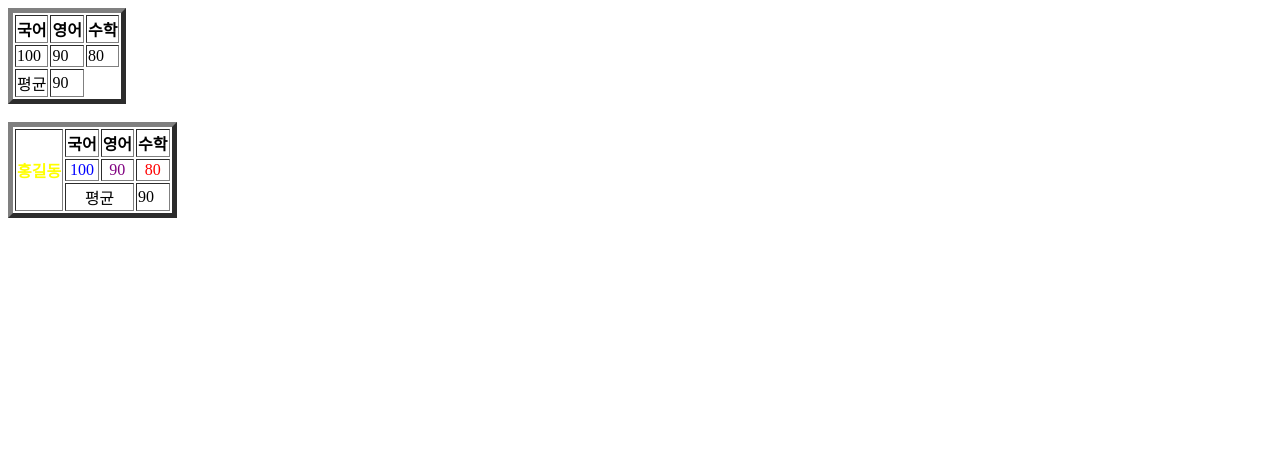
Repository: tjdwlsaos22/TJ_JSP
Page: jsp/HTML/src/main/webapp/Lec04.html
These files come from the project's save history. The page is drawn as it stood at one moment and after the next save; the edit follows.
The browser window is 1280 px wide. The pictures show the whole page.

Above is the page before, as saved 2024-01-17 03:18:50.

After the next save:
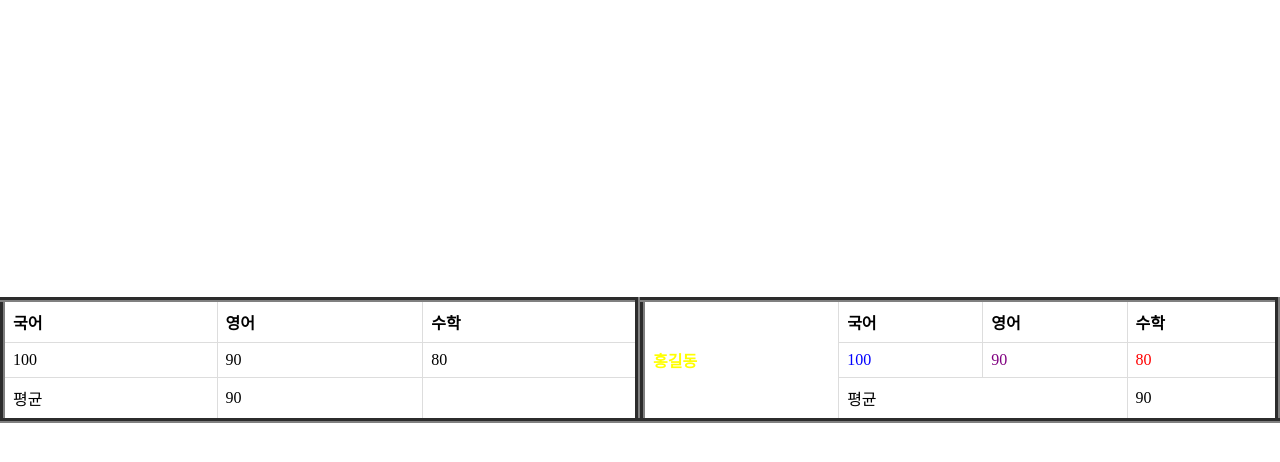
Saved 43 s later.
--- a/jsp/HTML/src/main/webapp/Lec04.html
+++ b/jsp/HTML/src/main/webapp/Lec04.html
@@ -5,6 +5,26 @@
   		<meta name="viewport" content="width=device-width, initial-scale=1.0">
 		<meta charset="UTF-8">
 		<title>Table Tag</title>
+		<style>
+   		 body {
+      	display: flex;
+      	align-items: center;
+      	justify-content: center;
+      	height: 100vh;
+      	margin: 0;
+    	}
+
+    	table {
+      	border-collapse: collapse;
+      	width: 80%; /* 테이블의 너비를 조절할 수 있습니다. */
+    	}
+
+    	th, td {
+     	border: 1px solid #ddd;
+      	padding: 8px;
+     	text-align: left;
+    }
+  </style>
 	</head>
 	<body>
 		<table border="5">
